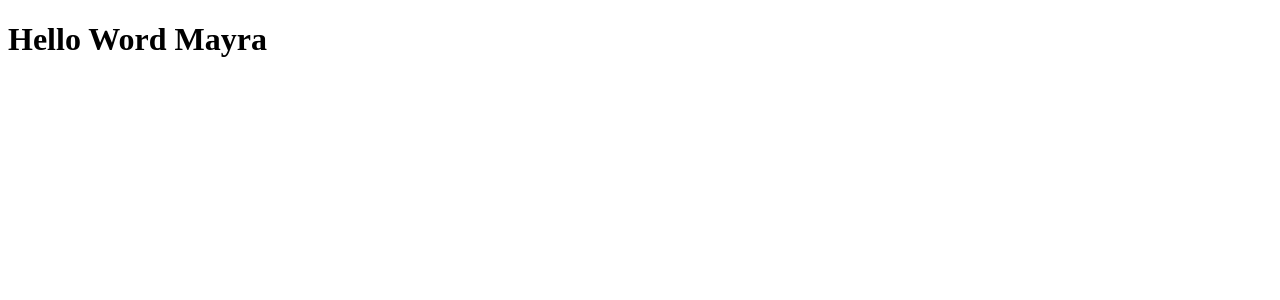
Repository: maxTech2019/Lab-react-C12024
Page: /
The author's editor kept a copy of each file at every save. The page is drawn from the files as they stood at one save, then again after the next save.
The browser window is 1280 px wide. The pictures show the whole page.
The project was rebuilt for these pictures with package versions that can differ from the ones it lists, and the page was loaded fresh each time. Also part of the build but not shown: vite.config.js.

Above is the page before, as saved 2024-05-31 21:02:24.

### src/main.jsx
import React from 'react'
import ReactDOM from 'react-dom/client'
import AppSaludo from './AppSaludo.jsx'

const root = ReactDOM.createRoot(document.getElementById('root'));
root.render(
  <React.StrictMode>
    <AppSaludo />
  </React.StrictMode>,
)

### src/AppSaludo.jsx
import { Saludo } from "./Saludo";

const AppSaludo = () =>{
    const lista = ['Mayra', 'Michell', 'Zaida'];
    return (
        <Saludo nombre = {lista[0]} />
    );
}

export default AppSaludo;

### src/Saludo.jsx

export const Saludo = ({nombre}) =>{
    return (
        <div>
        <h1>Hello Word {nombre}</h1>
    </div>
    );
}

Loaded but not shown: index.html (common file)

After the next save:
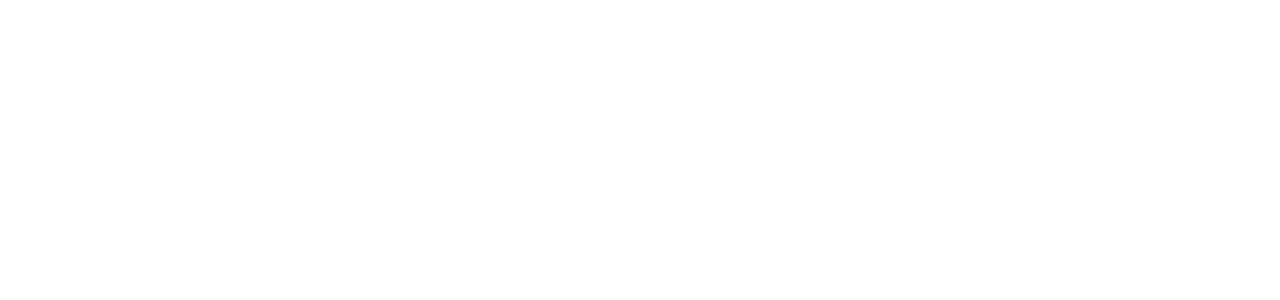
Console error: ReferenceError: nombre is not defined
Saved 19 s later.
--- a/src/Saludo.jsx
+++ b/src/Saludo.jsx
@@ -1,5 +1,5 @@
 
-export const Saludo = ({nombre}) =>{
+export const Saludo = (props) =>{
     return (
         <div>
         <h1>Hello Word {nombre}</h1>

After the save that followed:
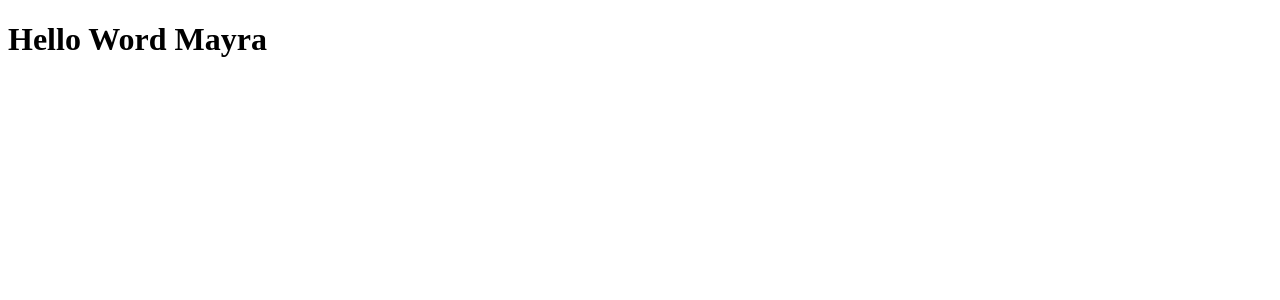
The error is gone.
Saved 6 s later.
--- a/src/Saludo.jsx
+++ b/src/Saludo.jsx
@@ -2,7 +2,7 @@
 export const Saludo = (props) =>{
     return (
         <div>
-        <h1>Hello Word {nombre}</h1>
+        <h1>Hello Word {props.nombre}</h1>
     </div>
     );
 }
